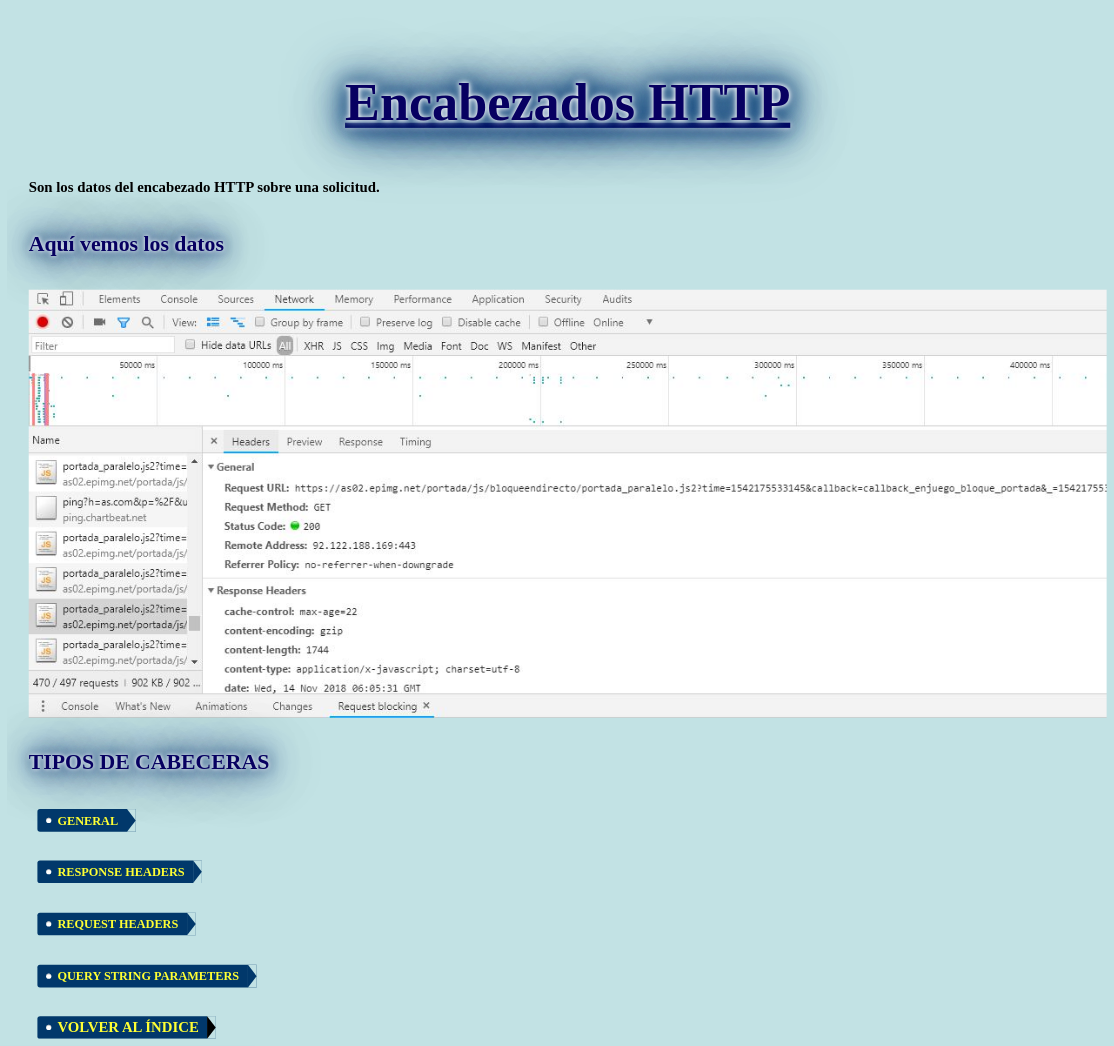
Repository: VictorinoBF97/HerramientasDesarollo
Page: headers.html
These files come from the project's save history. The page is drawn as it stood at one moment and after the next save; the edit follows.
The browser window is 1280 px wide. The pictures show the whole page, at 87% of full size.

Above is the page before, as saved 2018-12-09 09:23:30.
Not found: main.js

### headers.html
<!DOCTYPE html>
<html>
<head>
    <meta charset="utf-8" />
    <meta http-equiv="X-UA-Compatible" content="IE=edge">
    <title>Encabezados HTTP</title>
    <meta name="viewport" content="width=device-width, initial-scale=1">
    <link rel="stylesheet" type="text/css" media="screen" href="./css/styles.css" />
    <script src="main.js"></script>
    <link href="./iconoPestaña/images/iconoPestaña.png" rel="shortcut icon" type="image/x-icon" />
</head>
<body>
        <h1><u>Encabezados HTTP</u></h1>
        <p>Son los datos del encabezado HTTP sobre una solicitud.</p>
            <h4>Aquí vemos los datos</h4>
                <img src="./images/encabezado.JPG" />
        <h3>TIPOS DE CABECERAS</h3>
            <h5><a href="general.html">GENERAL</a></h5>
            <h5><a href="responseHeaders.html">RESPONSE HEADERS</a></h5>
            <h5><a href="requestHeaders.html">REQUEST HEADERS</a></h5>
            <h5><a href="queryStringParameters.html">QUERY STRING PARAMETERS</a></h6>



        <a href="indice.html" target="_self" class="volver">VOLVER AL ÍNDICE</a>
</body>
</html>

### css/styles.css
@charset "UTF-8";
html {
  background-color: #c2e2e4;
  overflow: auto;
  overflow-x: scroll; }

.titulo {
  text-shadow: 0px 0px 5px #989993;
  border: 10px ridge #1E90FF;
  width: 75%; }

h1 {
  font-size: 60px;
  font-family: 'Futura';
  color: #070061;
  text-shadow: 0 0 5px #fff, 0 0 10px #fff, 0 0 20px #033a75, 0 0 30px #033a75, 0 0 40px #033a75, 0 0 55px #033a75, 0 0 75px #033a75;
  text-align: center; }

h2, h3, h4 {
  font-size: 25px;
  font-family: 'Futura';
  color: #070061;
  text-shadow: 0 0 5px #fff, 0 0 10px #fff, 0 0 20px #033a75, 0 0 30px #033a75, 0 0 10px #033a75, 0 0 55px #033a75, 0 0 75px #033a75; }

body {
  font: 17px/1.5 'PT Sans', serif;
  font-weight: bold;
  overflow: hidden;
  padding-left: 25px;
  padding-top: 25px; }

.indice {
  font-size: 125%; }

a {
  background: rgb(1, 56, 107);
  border-radius: 3px 0 0 3px;
  color: #ffff33;
  display: inline-block;
  height: 26px;
  line-height: 26px;
  padding: 0 20px 0 23px;
  position: relative;
  margin: 10px 10px 0;
  text-decoration: none;
  -webkit-transition: color 0.2s; }

a::before {
  background: #fff;
  border-radius: 10px;
  box-shadow: inset 0 1px rgba(0, 0, 0, 0.25);
  content: '';
  height: 6px;
  left: 10px;
  position: absolute;
  width: 6px;
  top: 10px; }

a::after {
  background: #c2e2e4;
  border-bottom: 13px solid transparent;
  border-left: 10px solid rgb(1, 56, 107);
  border-top: 13px solid transparent;
  content: '';
  position: absolute;
  right: 0;
  top: 0; }

a:hover {
  background-color: rgb(220,20,60);
  color: #ffffff; }

a:hover::after {
  border-left-color: rgb(220,20,60); }

/* VOLVER AL ├ìNDICE */
.volver::after {
  background: #c2e2e4;
  border-bottom: 13px solid transparent;
  border-left: 10px solid black;
  border-top: 13px solid transparent;
  content: '';
  position: absolute;
  right: 0;
  top: 0; }

.volver:hover {
  background-color: rgb(220,20,60);
  color: #ffffff; }

.volver:hover::after {
  border-right-color: rgb(220,20,60); }

/*# sourceMappingURL=styles.css.map */

After the next save:
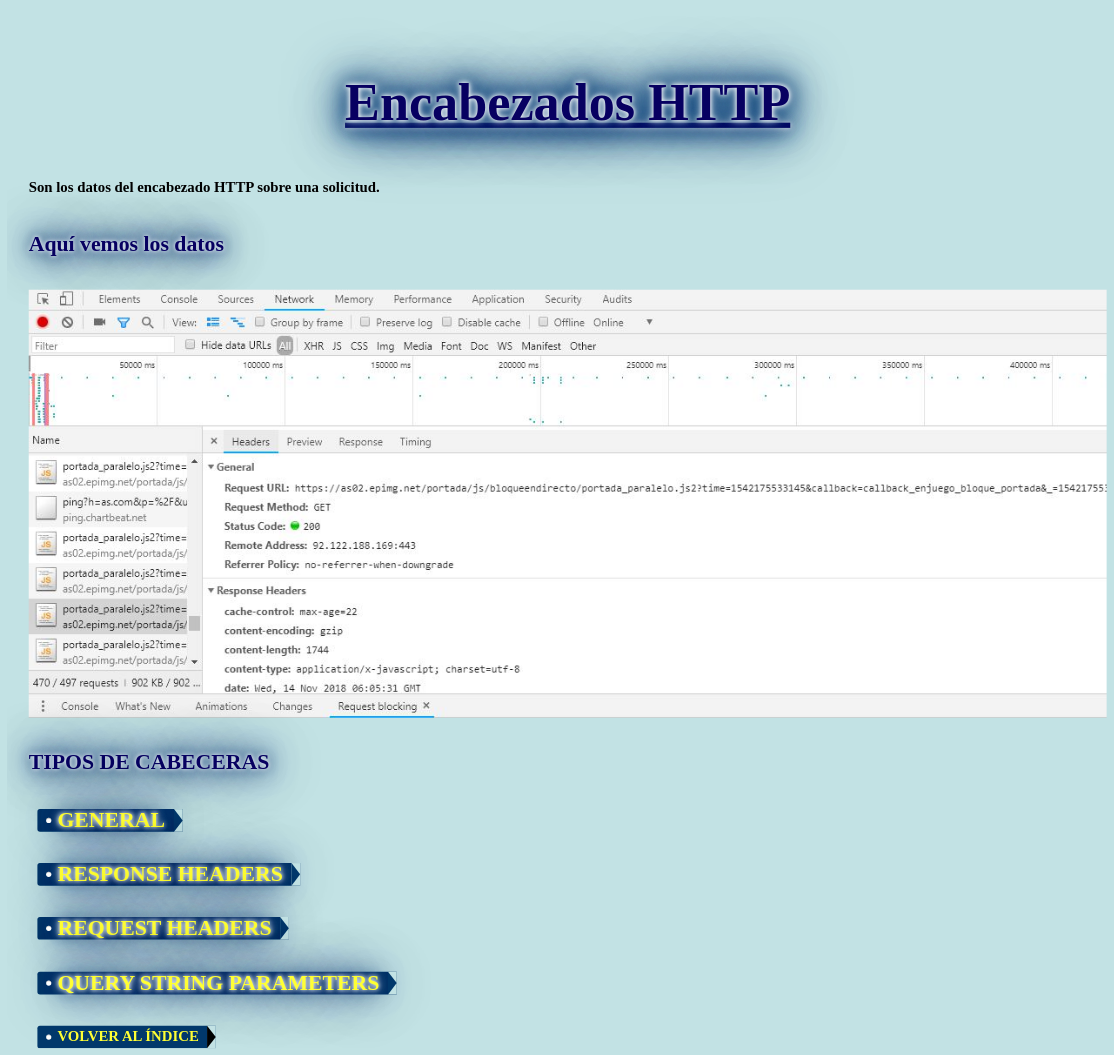
Saved 11 s later.
--- a/headers.html
+++ b/headers.html
@@ -15,10 +15,10 @@
             <h4>Aquí vemos los datos</h4>
                 <img src="./images/encabezado.JPG" />
         <h3>TIPOS DE CABECERAS</h3>
-            <h5><a href="general.html">GENERAL</a></h5>
-            <h5><a href="responseHeaders.html">RESPONSE HEADERS</a></h5>
-            <h5><a href="requestHeaders.html">REQUEST HEADERS</a></h5>
-            <h5><a href="queryStringParameters.html">QUERY STRING PARAMETERS</a></h6>
+            <h2><a href="general.html">GENERAL</a></h2>
+            <h2><a href="responseHeaders.html">RESPONSE HEADERS</a></h2>
+            <h2><a href="requestHeaders.html">REQUEST HEADERS</a></h2>
+            <h2><a href="queryStringParameters.html">QUERY STRING PARAMETERS</a></h6>
 
 
 

After the save that followed:
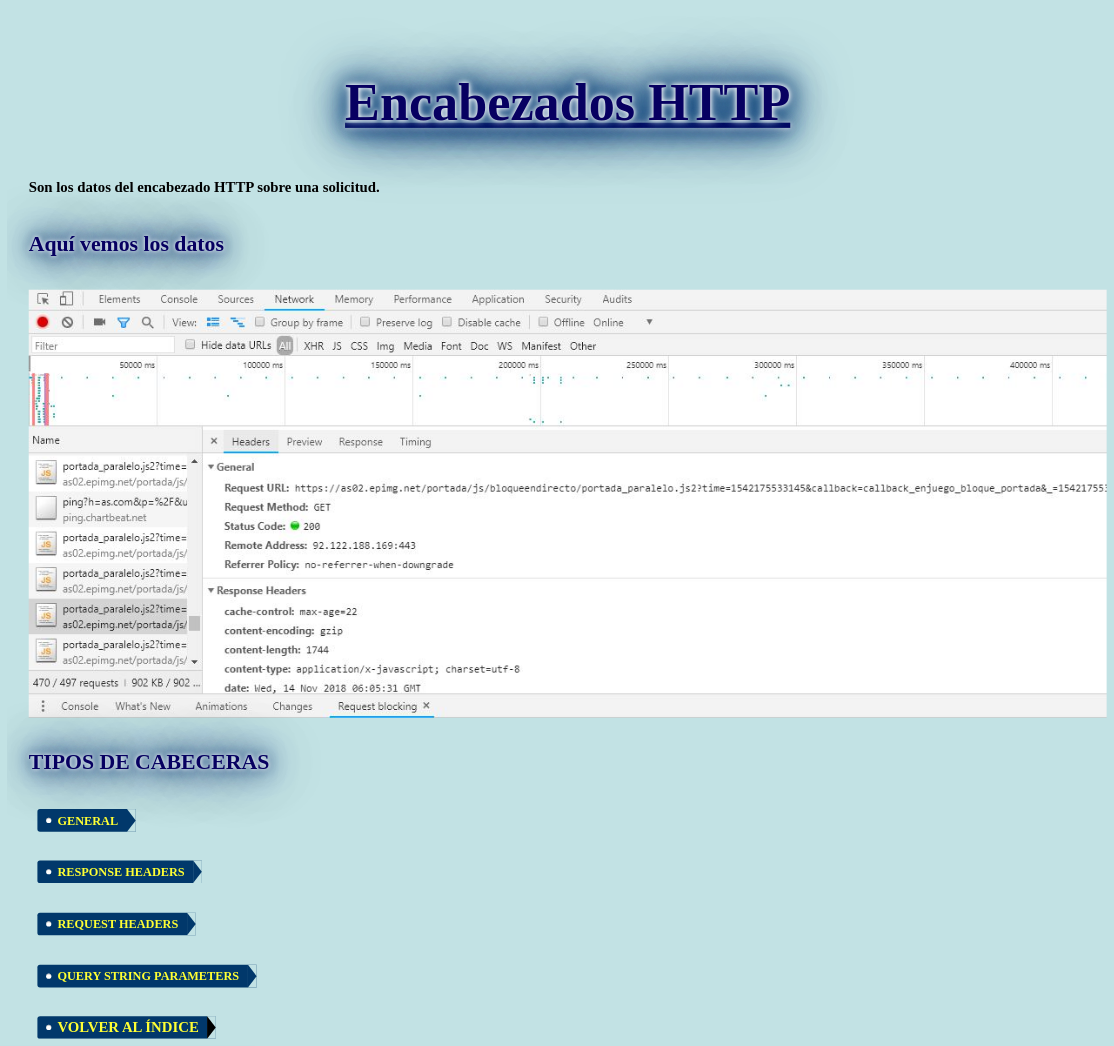
Saved 5 s later.
--- a/headers.html
+++ b/headers.html
@@ -15,10 +15,10 @@
             <h4>Aquí vemos los datos</h4>
                 <img src="./images/encabezado.JPG" />
         <h3>TIPOS DE CABECERAS</h3>
-            <h2><a href="general.html">GENERAL</a></h2>
-            <h2><a href="responseHeaders.html">RESPONSE HEADERS</a></h2>
-            <h2><a href="requestHeaders.html">REQUEST HEADERS</a></h2>
-            <h2><a href="queryStringParameters.html">QUERY STRING PARAMETERS</a></h6>
+            <h5><a href="general.html">GENERAL</a></h5>
+            <h5><a href="responseHeaders.html">RESPONSE HEADERS</a></h5>
+            <h5><a href="requestHeaders.html">REQUEST HEADERS</a></h5>
+            <h5><a href="queryStringParameters.html">QUERY STRING PARAMETERS</a></h6>
 
 
 
